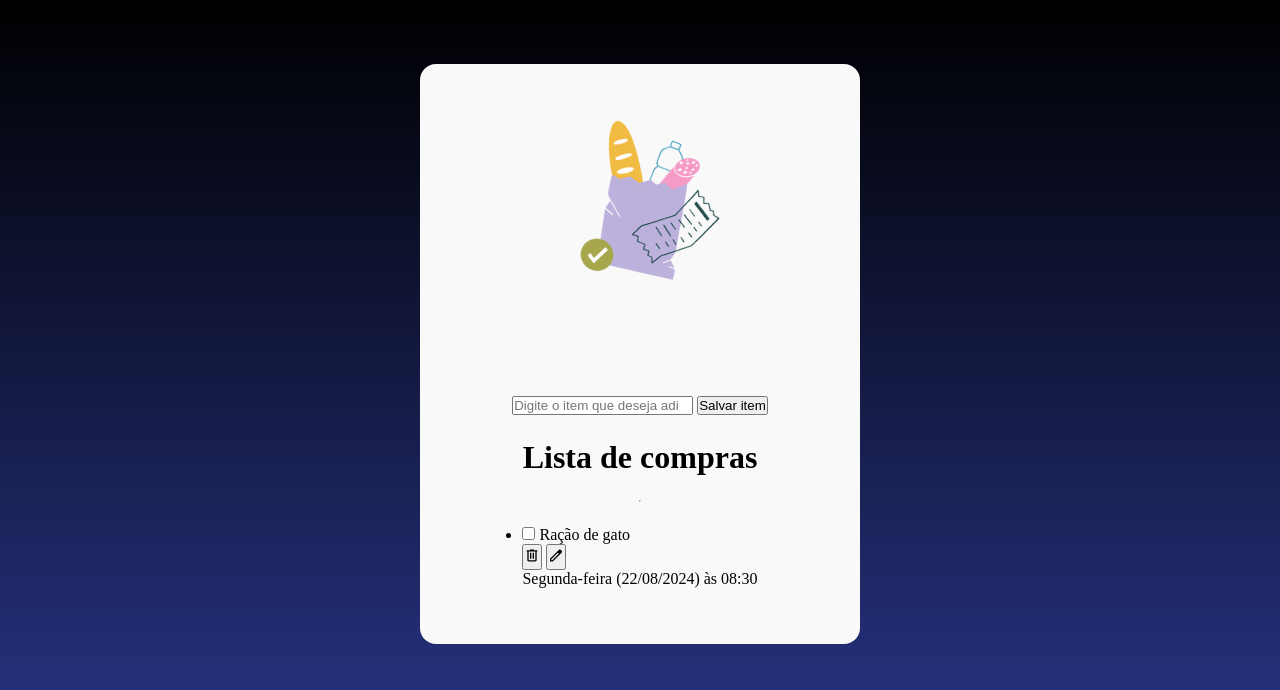
Repository: joaoPraiaJunior/compras_js
Page: index.html
An editor plug-in stored every save of this project. The page is shown before and after the next save, followed by the edit.
The browser window is 1280 px wide. The pictures show the whole page.
Some web fonts or font styles are not loaded; a fallback is used.

Above is the page before, as saved 2024-08-22 19:55:46.

### index.html
<!DOCTYPE html>
<html lang="pt-BR" dir="ltr">

<head>
    <meta charset="UTF-8">
    <meta name="viewport" content="width=device-width, initial-scale=1.0">
    <meta name="description" content="Lista de compras">
    <title>Lista de Compras</title>
    <link rel="preconnect" href="https://fonts.googleapis.com">
    <link rel="preconnect" href="https://fonts.gstatic.com" crossorigin>
    <link href="https://fonts.googleapis.com/css2?family=Krona+One&family=Montserrat&family=Numans&display=swap" rel="stylesheet">
    <link rel="stylesheet" href="./css/styles.css">
</head>

<body>
    <header>
        <img src="./img/bag.png" alt="sacola de compras">
    </header>
    <main>
        <form>
            <input type="search" name="busca" placeholder="Digite o item que deseja adicionar">
            <button>Salvar item</button>
        </form>
        <h1>Lista de compras</h1>
        <hr>

        <ul>
            <li>
                <div>
                    <div>
                        <input type="checkbox" name="produto" id="racao_de_gato">
                        <label for="racao_de_gato">Ração de gato</label>
                    </div>
                    <div>
                        <button><img src="./img/delete.svg" alt="Deletar"></button>
                        <button><img src="./img/edit.svg" alt="Editar"></button>
                    </div>
                </div>
                <p>Segunda-feira (<time datetime="2024-08-22">22/08/2024</time>) às <time>08:30</time></p>
            </li>
        </ul>
    </main>
</body>

</html>

### css/styles.css
* {
    box-sizing: border-box;
    margin: 0;
    padding: 0;
}

html {
    font-size: 62.5%;
}

:root {
    --cor-primaria: #F55B64;
    --cor-secundaria: #C2373F;
    --neutro: #F9F9F9;
    --preto: #131730;
    --fonte-titulo: "Krona One", sans-serif;
    --fonte-texto: 'Numans', sans-serif;
    --degrade-azul: linear-gradient(180deg, #000000 0%, #26327F 100%);
}

body {
    display: flex;
    flex-direction: column;
    align-items: center;
    background: var(--degrade-azul);
    background-repeat: no-repeat;
    font-size: 1.6rem;
    height: 100vh;
}

header {
    text-align: center;
    margin-top: 6.4rem;
    background-color: var(--neutro);
    border-radius: 1.6rem 1.6rem 0 0;
    padding: 5.6rem;
    width: 44.0rem;

}

main {
    display: flex;
    flex-direction: column;
    align-items: center;
    gap: 2.4rem;
    background-color: var(--neutro);
    border-radius: 0 0 1.6rem 1.6rem;
    padding: 5.6rem;
    width: 44.0rem;
}

After the next save:
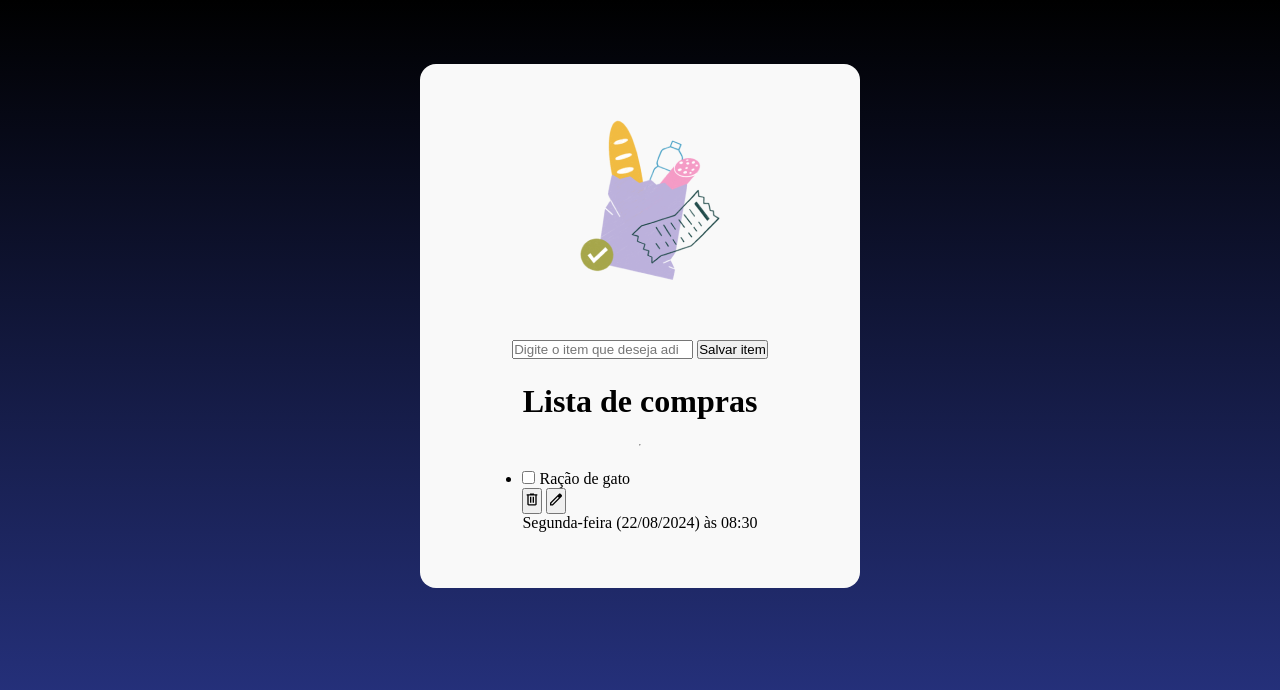
Saved 27 s later.
--- a/css/styles.css
+++ b/css/styles.css
@@ -33,7 +33,7 @@ header {
     margin-top: 6.4rem;
     background-color: var(--neutro);
     border-radius: 1.6rem 1.6rem 0 0;
-    padding: 5.6rem;
+    padding: 5.6rem 5.6rem 0 5.6rem;
     width: 44.0rem;
 
 }
